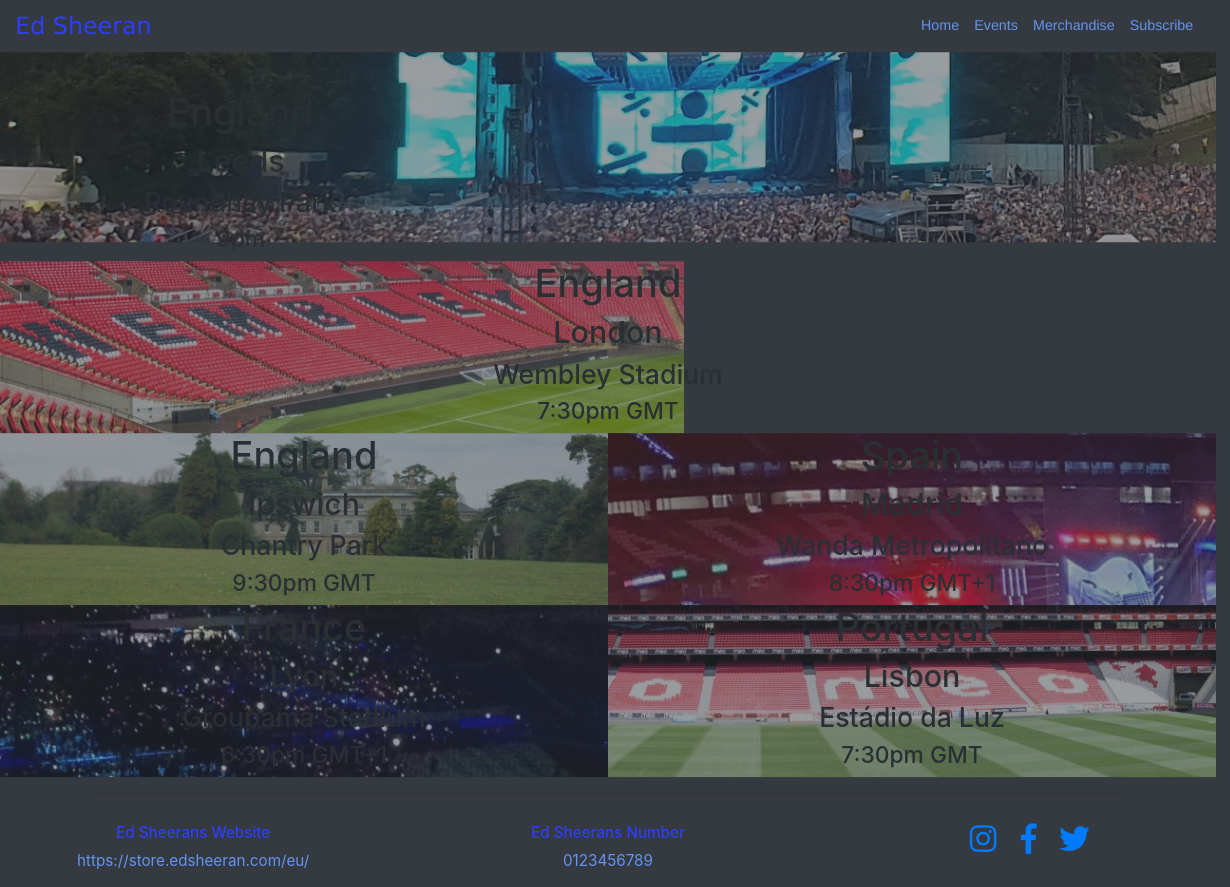
Repository: amit238/milestone-project-1
Page: events.html
The author's editor kept a record of every edit. The page is drawn from the files as they stood at one moment, then again after the next edit.
The browser window is 1280 px wide. The page is 1295 px wide, so the pictures cover 1295 px, including what lies to the right of the window. The pictures show the whole page, at 95% of full size.
Some web libraries are served in a nearby version.

Above is the page before.

### events.html
<!DOCTYPE html>
<html lang="en">

<head>
  <meta charset="UTF-8">
  <meta name="viewport" content="width=device-width, initial-scale=1.0">
  <meta http-equiv="X-UA-Compatible" content="ie=edge">
  <link rel="stylesheet" href="https://maxcdn.bootstrapcdn.com/bootstrap/4.2.1/css/bootstrap.min.css" type="text/css" />
  <link rel="stylesheet" href="https://use.fontawesome.com/releases/v5.0.10/css/all.css" integrity="sha384-+d0P83n9kaQMCwj8F4RJB66tzIwOKmrdb46+porD/OvrJ+37WqIM7UoBtwHO6Nlg" crossorigin="anonymous">
  <link rel="stylesheet" href="assets/css/style.css">
  <title>Ed Sheeran - User Centric Frontend Project</title>
</head>

<body>
  <nav class="navbar navbar-expand-lg navbar-dark bg-dark">
    <a class="edsheeran-brand">Ed Sheeran</a>
    <button type="button" class="navbar-toggler" data-toggle="collapse" data-target="#main-menu" aria-expanded="true">
                <span class="navbar-toggler-icon"></span>
            </button>
    <div id="main-menu" class="navbar-collapse collapse">
      <ul class="navbar-nav ml-auto">
        <li class="nav-item active"><a class="nav-link" href="index.html">Home</a></li>
        <li class="nav-item"><a class="nav-link" href="events.html">Events</a></li>
        <li class="nav-item"><a class="nav-link" href="merchandise.html">Merchandise</a></li>
        <li class="nav-item"><a class="nav-link" href="subscribe.html">Subscribe</a></li>
      </ul>
    </div>
  </nav>
  <div class="container-fluid">
    <div class="row events-leeds">
      <div class="col-4">
        <div class="events-left">
          <p>16 Jan</p>
          <div class="events-center">
            <h1>England</h1>
            <h2>Leeds</h2>
            <h3>Roundhay Park</h3>
            <h4>9pm</h4>
          </div>
        </div>
      </div>
    </div>
    <div class="row">
      <div class="col-12 events-london">
        <div class="events-center">
          <h1>England</h1>
          <h2>London</h2>
          <h3>Wembley Stadium</h3>
          <h4>7:30pm GMT</h4>
        </div>
      </div>
    </div>
    <div class="row">
      <div class="col-12 col-md-6 events-ipswich">
        <div class="events-center">
          <h1>England</h1>
          <h2>Ipswich</h2>
          <h3>Chantry Park</h3>
          <h4>9:30pm GMT</h4>
        </div>
      </div>
      <div class="col-12 col-md-6 events-madrid">
        <div class="events-center">
          <h1>Spain</h1>
          <h2>Madrid</h2>
          <h3>Wanda Metropolitano</h3>
          <h4>8:30pm GMT+1</h4>
        </div>
      </div>
    </div>
    <div class="row">
      <div class="col-12 col-md-6 events-lyon">
        <div class="events-center">
          <h1>France</h1>
          <h2>Lyon</h2>
          <h3>Groupama Stadium</h3>
          <h4>6:30pm GMT+1</h4>
        </div>
      </div>
      <div class="col-12 col-md-6 events-lisbon">
        <div class="events-center">
          <h1>Portugal</h1>
          <h2>Lisbon</h2>
          <h3>Estádio da Luz</h3>
          <h4>7:30pm GMT</h4>
        </div>
      </div>
    </div>
  </div>
  <footer>
    <hr>
    <div class="row">
      <div class="col-sm-4">
        <h6 class=footer-header>Ed Sheerans Website</h6>
        <a href="https://store.edsheeran.com/eu/" target="_blank" class=footer-p>https://store.edsheeran.com/eu/</a>
      </div>
      <div class="col-sm-4">
        <h6 class=footer-header>Ed Sheerans Number</h6>
        <p class=footer-p>0123456789</p>
      </div>
      <div class="col-sm-4">
        <ul class="list-inline social-links">
          <li class="list-inline-item"><a target="_blank" href="https://www.facebook.com"><i></i></a>
          </li>
          <li class="list-inline-item"><a target="_blank" href="https://www.instagram.com/teddysphotos/?hl=en"><i class="fab fa-instagram fa-2x fa-fw"></i></a>
            <li class="list-inline-item"><a target="_blank" href="https://en-gb.facebook.com/EdSheeranMusic"><i class="fab fa-facebook-f fa-2x fa-fw"></i></a>
              <li class="list-inline-item"><a target="_blank" href="https://twitter.com/edsheeran?lang=en"><i class="fab fa-twitter fa-2x fa-fw"></i></a>
              </li>
        </ul>
      </div>
    </div>
  </footer>
  <script src="https://code.jquery.com/jquery-3.3.1.slim.min.js" integrity="sha384-q8i/X+965DzO0rT7abK41JStQIAqVgRVzpbzo5smXKp4YfRvH+8abtTE1Pi6jizo" crossorigin="anonymous"></script>
  <script src="https://cdnjs.cloudflare.com/ajax/libs/popper.js/1.14.6/umd/popper.min.js" integrity="sha384-wHAiFfRlMFy6i5SRaxvfOCifBUQy1xHdJ/yoi7FRNXMRBu5WHdZYu1hA6ZOblgut" crossorigin="anonymous"></script>
  <script src="https://stackpath.bootstrapcdn.com/bootstrap/4.2.1/js/bootstrap.min.js" integrity="sha384-B0UglyR+jN6CkvvICOB2joaf5I4l3gm9GU6Hc1og6Ls7i6U/mkkaduKaBhlAXv9k" crossorigin="anonymous"></script>
</body>

</html>

### assets/css/style.css
body {
    background-color: #343A40;
}

/*--------------------NAVBAR--------------------*/

.navbar.navbar-expand-lg.navbar-dark.bg-dark .edsheeran-brand {
    color: #2E3EFF;
    font-family: Verdana, sans-serif;
    font-size: 25px;
    font-weight: 500;


}

.navbar.navbar-expand-lg.navbar-dark.bg-dark .nav-link {
    color: #6594F1;
    font-family: Helvetica, sans-serif;
    font-size: 15px;
    font-weight: 300;

}

/*--------------------INDEX--------------------*/

/*-------CAROUSEL--------*/

.size {
    width: 100%;
}

/*--------ABOUT--------*/

.about-card {
    margin-top: 2em;
    text-align: center;
    color: #2E3EFF;
    background-color: #343A40;
}


/*-------AUDIO-------*/

.audio-card {
    margin-top: 2em;
    text-align: center;
    color: #2E3EFF;
    background-color: #343A40;
}

/*--------ALBUM-------*/

.album-card {
    margin-top: 2em;
    text-align: center;
    color: #2E3EFF;
    background-color: #343A40;
    height: 14.8em;
}

.card-text {
    color: #6594F1;
}


/*--------------------MEDIA QUERIES_INDEX--------------------*/

/*@media screen and (min-width: 1380px) {*/

@media only screen and (max-width: 1380px) {}

/*@media only screen and (max-width: 576px) {}*/

/*--------------------FOOTER--------------------*/

footer {
    text-align: center;
}

hr {
    background: #3A3A3A;
    width: 85%;
}

.footer-header {
    color: #2E3EFF;
    margin-top: 1em;
}

.list-inline {
    margin-top: 1em;
}

.footer-p {
    color: #6594F1;
}

/*-------------------------Events-------------------------*/

.events-left {
    text-align: left;
    margin-left: 5em;
}


.events-center {
    text-align: center;
}

.events-right {
    text-align: right;
    margin-right: 5em;
}

.events-leeds {
    background-image: url("../../roundhay-park.png");
    background-repeat: no-repeat;
    opacity: 0.5;
}

.events-leeds:hover {
    opacity: 1;
    transition-duration: 1.5s;

}


.events-london {
    background-image: url("../../wembley-stadium.png");
    background-repeat: no-repeat;
    opacity: 0.5;
}

.events-london:hover {
    opacity: 1;
    transition-duration: 1.5s;

}

.events-ipswich {
    background-image: url("../../chantry-park.png");
    background-repeat: no-repeat;
    opacity: 0.5;
}

.events-ipswich:hover {
    opacity: 1;
    transition-duration: 1.5s;

}

.events-madrid {
    background-image: url("../../wanda.png");
    background-repeat: no-repeat;
    opacity: 0.5;
}

.events-madrid:hover {
    opacity: 1;
    transition-duration: 1.5s;

}

.events-lyon {
    background-image: url("../../lyon.png");
    background-repeat: no-repeat;
    opacity: 0.5;
}

.events-lyon:hover {
    opacity: 1;
    transition-duration: 1.5s;

}

.events-lisbon {
    background-image: url("../../estadio.png");
    background-repeat: no-repeat;
    opacity: 0.5;
}

.events-lisbon:hover {
    opacity: 1;
    transition-duration: 1.5s;

}

/*-------------------------Merchandise-------------------------*/

.card-title {
    color: #2E3EFF;
}

.card-merch {
    background-color: #343A40;
    text-align: center;
}

.merchandise {
    text-align: center;
    color: #2E3EFF;
    font-weight: 600;
    margin: 1em;
}

.best-sellers {
    text-align: center;
    color: #6594F1;
    font-weight: 400;
    margin: 1em;
}

.latest-release {
    text-align: center;
    color: #6594F1;
    font-weight: 400;
    margin: 1em;
}

@media only screen and (max-width: 768px) {
    .card-merch {
        margin: 1em;
    }
}


/*-------------------------Subscribe-------------------------*/

/*.subscribe {*/

/*    text-align: center;*/

/*    color: #2E3EFF;*/

/*    font-weight: 600;*/

/*    margin-top: 1em;*/

/*}*/

.sub-background {
    background-image: url("../../ed-sheeran-singing.jpg");
    background-repeat: no-repeat;
    background-position: top;
    opacity: 0.5;
    height: 55em;
}

.sub-form {
    margin-top: 16em;
}

.form {
    padding: 1em;
}

.sub-btn {
    text-align: center;
    padding-bottom: 1em;
}

.sub-head {
    text-align: center;
    font-size: 50px;
    padding: 40px;
    margin-top: 5em;
    background-color: #2E3EFF;
}

.sub-para {
    text-align: center;
    font-size: 25px;
}

.sub-background2 {
    background-image: url("../../ed-sheeran-guitar.jpg");
    background-repeat: no-repeat;
    background-position: top center;
    opacity: 0.5;
    height: 55em;
}

.sub-issue {
    text-align: center;
    font-size: 22px;
    margin-top: 17em
}

.sub-li {
    text-align: center;
    font-size: 22px;
    margin-top: 13em
}

.sub-map {
    text-align: center;
    margin-top: 17em;
}

.phone-li {
    margin: 1em;
}

.email-li {
    margin: 1em;
}

.mail-li {
    margin: 1em;
}

.sub-footer {
    margin-top: 2em;
}


@media only screen and (max-width: 768px) {
    .sub-form {
        margin-top: 0em;
    }
    .sub-head {
        margin-top: 0em;
    }
    .form {
        padding-bottom: 2em;
    }
}

@media only screen and (max-width: 1200px) {
    .sub-background2 {
        height: 60em;
    }
    .sub-issue {
        margin-top: 1em
    }
    .sub-li {
        margin-top: 1em;
    }
    .sub-map {
        margin-top: 1em
    }
}

@media only screen and (max-width: 435px) {
    .sub-map {
        display: none;
    }
}

@media only screen and (max-width: 352px) {
    .form {
        padding-bottom: 1em;
    }

    .sub-btn {
        padding-bottom: 0em;
    }
}

.sub-background:hover {
    opacity: 1;
    transition-duration: 2s;

}

.sub-background2:hover {
    opacity: 1;
    transition-duration: 2s;

}

After the next edit:
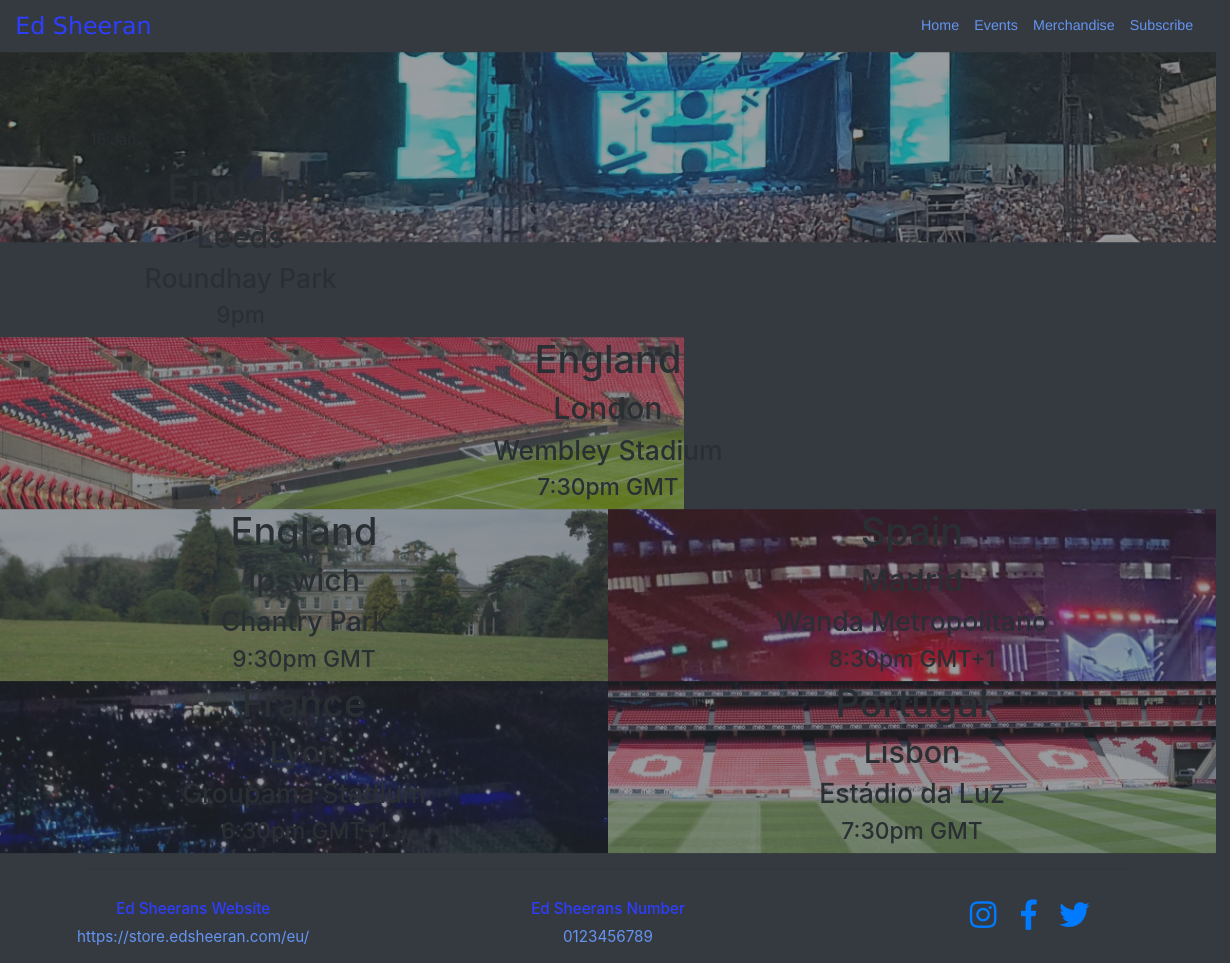
The edit:
--- a/assets/css/style.css
+++ b/assets/css/style.css
@@ -100,6 +100,7 @@
 .events-left {
     text-align: left;
     margin-left: 5em;
+    margin-top: 5em;
 }
 
 
